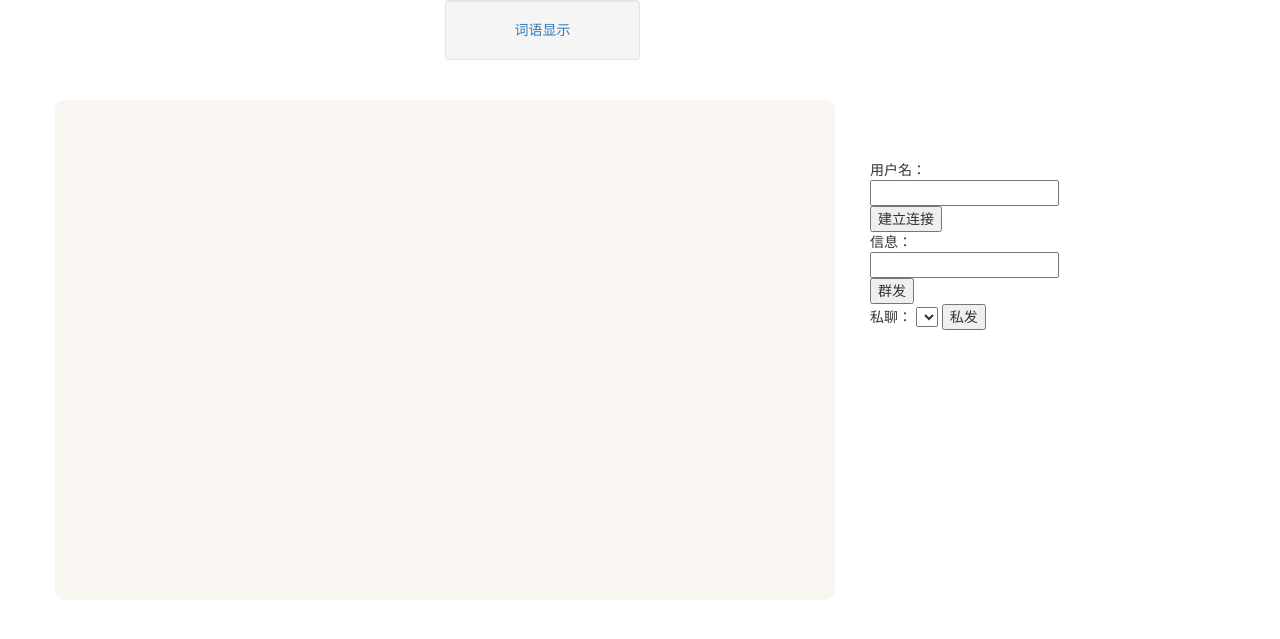
Repository: eheihaha2/whoisthespy-
Page: webDemo/WebContent/room.html
An editor plug-in stored every save of this project. The page is shown before and after the next save, followed by the edit.
The browser window is 1280 px wide. The pictures show the whole page.

Above is the page before, as saved 2020-02-26 01:51:27.

### webDemo/WebContent/room.html
<!DOCTYPE html>
<html>
<head>
	<script type="text/javascript" src="js/jquery-1.11.0.min.js"></script>
<script type="text/javascript" src="js/bootstrap.js"></script>
<link rel="stylesheet" href="css/bootstrap.css">
<style type="text/css">
	.show{
			margin-right:0;
			background-color:#f9f6f2;
			height: 500px;
			margin-top:20px;
			border-radius: 10px;
		}
		.mss{
			margin-left:20px;;
			margin-top:80px;
			border-radius: 10px;
		}
}
</style>
	<title></title>
</head>
<body>
	<div class="container">
	<div class="row">
		<div class="well text-center text-primary col-md-2 	col-sm-2 col-md-offset-4">词语显示</div>
	</div>
		<div class="row">
			<div class="col-md-8 col-sm-8 show">
				<div class="info">
				<span class="name"></span>
				<span class="msg"></span>
				</div>
      			<h4 class="userinfo"></h4>
     		</div>
     		<div class="col-md-2 col-sm-2 mss">
			<span>用户名：</span>
      		<input type="text" name="username"/>
     		<button id="connBtn">建立连接</button><br />
			<span>信息：</span>
     		<input type="text" name="info"/>
      		<button id="subBtnAll">群发</button><br />
			<span>私聊：</span>
     		<select id="userList">
			</select>
			<button id="subBtn">私发</button>
			</div>
		</div>
	</div>
</body>
<script type="text/javascript">
	var ws=null;
	var username=null;
	var url="ws://localhost:8080/webDemo/chatRoom/";
		// 后续的消息添加都是用其做二次克隆
      	var info = $(".info").clone();
		//点击建立连接的按钮
      	$("#connBtn").on("click",function(){
      		if("WebSocket" in window){
      			username = $("input[name='username']").val();
      			ws = new WebSocket(url+username);
      			//有了webSocket连接对象之后，我就开始监听消息
      			//服务器端的所有消息都会来到这
      			ws.onmessage = function(evt){
      				var received_msg = evt.data;
      				var jsonReceive_msg = JSON.parse(received_msg);
      				var head = jsonReceive_msg.head;//获得服务器数据，解析数据获得数据类型
      				var data =jsonReceive_msg.data;//真正的data所在
      				switch (head) {
      					case "sendAll":
      					sendAll(data);
      						break;
      					case "sendTo":
      					sendTo(data);
      						break;
      					case "onLine":
      					onLine(data);
      						break;
      					case "userList":
      					userList(data);
      						break;
      					default:
      						break;
      				}
      			}
      		}else{
      			alert("您的浏览器不支持 WebSocket!");
      		}
      	})

      	//细节定义每种功能的数据接口
      	//构建JSON格式发送给服务器：{from:来自谁,msg:消息本身}
      	function sendAll(data){
      		var infoDiv = info.clone();//这个就是我要渲染的dom节点
      		//用于把从服务器端获得的JSON字符串的data解析为原生JS值
      		//var jsonData=JSON.parse(data);
      		infoDiv.find(".name").text("来自于："+data.from+"(群发)");
      		infoDiv.find(".msg").text(data.msg);
      		$(".info").parent().append(infoDiv);
      	}
      	// 构建JSON格式发送给服务器：{from:来自谁,msg:消息本身}
      	function sendTo(data){
      		var infoDiv = info.clone();//这个就是我要渲染的dom节点
      		infoDiv.find(".name").text("来自于："+data.from+"(私发)");
      		infoDiv.find(".msg").text(data.msg);
      		$(".info").parent().append(infoDiv);
      	}
      	// 构建JSON格式发送给服务器：{name:上线人姓名}
      	function onLine(data){
      	//$(".userinfo").empty();
      	console.log(data);
      	$(".userinfo").append("【"+data.name+"上线了】");
      	}
      	// 构建JSON格式发送给服务器：[用户1,用户2]
      	function userList(data){
      		$("#userList").empty();
      		var jsonData=JSON.parse(data);
      		$("#userList").append("<option>请选择</option>");
      		$.each(jsonData,function(index,item){
      			$("#userList").append("<option value="+item+">"+item+"</option>");
      		})
      	}

      	//点击群发按钮
      	$("#subBtnAll").on("click",function(){
      		//var sentName = $("input[name='username']").val();
      		var msg = $("input[name='info']").val();
      		console.log(msg);
      		var jsonMsg={
      			"head":"sendAll",
      			"data":msg
      			//"from":sentName,
      			//"msg":msg
      		}
      		console.log(jsonMsg);
      		//var subAllEnd =JSON.stringify(jsonMsg);
      		ws.send(JSON.stringify(jsonMsg));
      	})
      	//点击私发按钮
      	$("#subBtn").on("click",function(){
      		var msg=$("input[name=info]").val();
      		var toUser=$("#userList").val();
      		console.log(toUser);
      		var jsonMsg={
      			"head":"sendTo",
      			"data":{
      				"to":toUser,
      				"msg":msg
      			}
      		}
      		console.log(jsonMsg);
      		ws.send(JSON.stringify(jsonMsg));
      	})
</script>
</html>

Loaded but not shown: webDemo/WebContent/js/jquery-1.11.0.min.js (library); webDemo/WebContent/js/bootstrap.js (library); webDemo/WebContent/css/bootstrap.css (library)

After the next save:
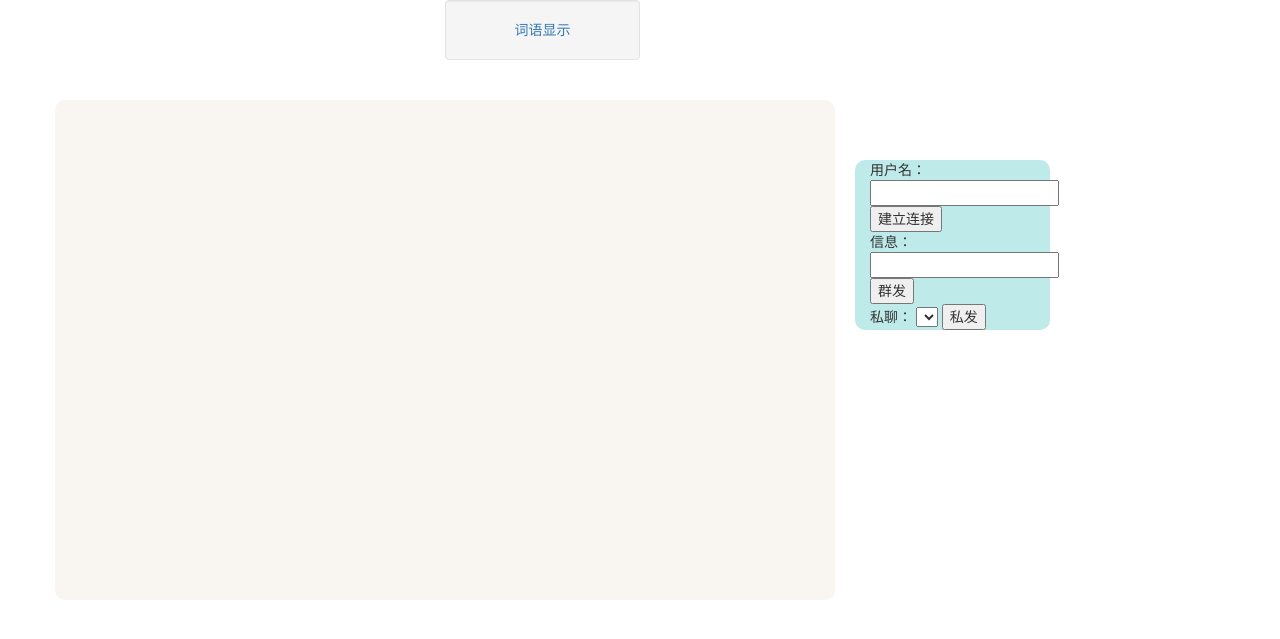
Saved 110 s later.
--- a/webDemo/WebContent/room.html
+++ b/webDemo/WebContent/room.html
@@ -13,6 +13,7 @@
 			border-radius: 10px;
 		}
 		.mss{
+			background-color:#beebe9;
 			margin-left:20px;;
 			margin-top:80px;
 			border-radius: 10px;
